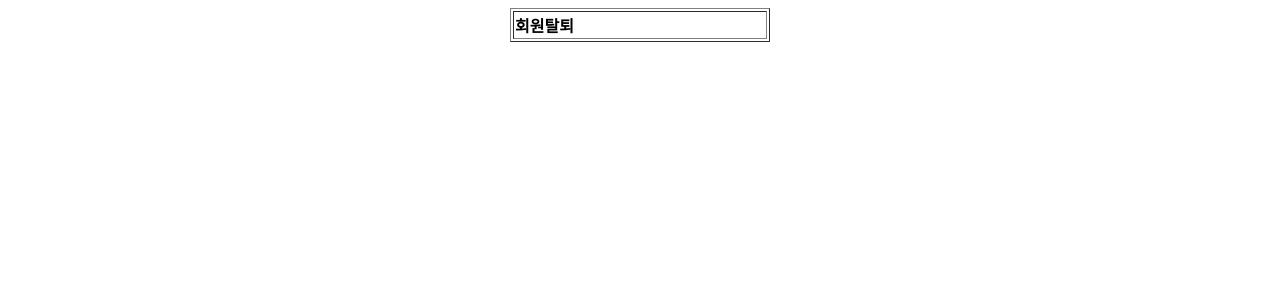
Repository: harib0h23/my-jsp-project
Page: http://localhost/ServletProject/memberone/deleteForm.jsp
The author's editor kept a copy of each file at every save. The page is drawn from the files as they stood at one save, then again after the next save.
The browser window is 1280 px wide. The pictures show the whole page.
The page is served by Tomcat 9. Other server files are loaded and not shown.

Above is the page before, as saved 2025-07-31 07:51:03.
Console error: TypeError: Cannot read properties of undefined (reading 'focus')

### ServletProject/src/main/webapp/memberone/deleteForm.jsp
<%@ page language="java" contentType="text/html; charset=UTF-8"
    pageEncoding="UTF-8"%>
<!DOCTYPE html>
<html>
<head>
<meta charset="UTF-8">
<title>회원 탈퇴</title>
<script type="text/javascript" src="script.js"></script>
</head>
<body onload="begin()">
<form action="deleteProc.jsp" name=myForm onsubmit="return checkIt()">
<table width="260" border="1" align="center">
	<tr>
		<td colspan="2">
			<b>회원탈퇴</b>
		</td>
	</tr>

</table>
</form>

</body>
</html>

### ServletProject/src/main/webapp/memberone/script.js
function idCheck(id){
	if(id==""){ /*입력하지 않았을 때*/
		alert("아이디를 입력해 주세요")
		document.regForm.id.focus();   /*html문서를 말함 --> regForm.jsp*/
	}else{
		url="idCheck.jsp?id="+id;
		window.open(url, "post", "width=300, heigh=150")
	}
}

function zipCheck(){
	url="zipCheck.jsp?check=y";
	window.open(url, "post", "toolbar=no, width=500, height=300, directories=no, status=yes, scrollbars=yes, menubar=no");
	/*띄지 않고 이어쓰기*/
}

function dongCheck(){
	if(document.zipForm.dong.value=="null"){
		alert("동 이름을 입력하세요");
		document.zipForm.dong.focus();
		return false;
	}
	document.zipForm.submit();
}

function sendAddress(zipcode,sido,gugun,dong,ri,bunji){
	var address=sido+" "+gugun+" "+dong+" "+ri+" "+bunji;
	opener.document.regForm.zipcode.value=zipcode;
	opener.document.regForm.address1.value=address;
	self.close();
}

function inputCheck(){
	if(document.regForm.id.value==""){  /*아이디를 입력하지 않았을 경우*/
		alert("아이디를 입력해 주세요.");
		document.regForm.id.focus();  /*커서를 다시 아이디로 옮겨줌*/
		return false;
	}

	if(document.regForm.pass.value==""){  /*비밀번호를 입력하지 않았을 경우*/
		alert("비밀번호를 입력해 주세요.");
		document.regForm.pass.focus();  /*커서를 다시 비밀번호로 옮겨줌*/
		return false;
	}

	if(document.regForm.repass.value==""){  /*비밀번호확인을 입력하지 않았을 경우*/
		alert("비밀번호를 입력해 주세요.");
		document.regForm.repass.focus();  /*커서를 다시 비밀번호확인으로 옮겨줌*/
		return false;
	}

	if(document.regForm.pass.value!=document.regForm.repass.value){
		alert("비밀번호가 일치하지 않습니다.");
		document.regForm.repass.focus(); /*커서를 다시 비밀번호확인으로 옮겨줌*/
		return false;
	}

	if(document.regForm.name.value==""){  /*이름을 입력하지 않았을 경우*/
		alert("이름을 입력해 주세요.");
		document.regForm.name.focus();  /*커서를 다시 이름으로 옮겨줌*/
		return false;
	}

	if(document.regForm.phone1.value==""){  /*비밀번호확인을 입력하지 않았을 경우*/
		alert("통신사번호를 입력해 주세요.");
		document.regForm.phone1.focus();  /*커서를 다시 비밀번호확인으로 옮겨줌*/
		return false;
	}

	if(document.regForm.phone2.value==""){  /*비밀번호확인을 입력하지 않았을 경우*/
		alert("전화번호를 입력해 주세요.");
		document.regForm.phone2.focus();  /*커서를 다시 비밀번호확인으로 옮겨줌*/
		return false;
	}

	if(document.regForm.phone3.value==""){  /*비밀번호확인을 입력하지 않았을 경우*/
		alert("전화번호를 입력해 주세요.");
		document.regForm.phone3.focus();  /*커서를 다시 비밀번호확인으로 옮겨줌*/
		return false;
	}

	if(document.regForm.email.value==""){  /*비밀번호확인을 입력하지 않았을 경우*/
		alert("이메일을 입력해 주세요.");
		document.regForm.email.focus();  /*커서를 다시 비밀번호확인으로 옮겨줌*/
		return false;
	}

	var str = document.regForm.email.value; /*하나의 변수를 만들어줌*/
	var atPos = str.indexOf('@'); /*Position 약자*/
	var atLastPos = str.lastIndexOf('@')	/*@를 기준으로 앞과 뒤로 나뉨*/
	var dotPos = 	str.indexOf('.');
	var spacePos = 	str.indexOf(' ');
	var comPos = 	str.indexOf(',');
	var eMailSize = str.length;
	/*형식을 만들어줌*/

	if(atPos > 1 && atPos == atLastPos && dotPos > 3 && spacePos==-1 && comPos == -1 && atPos + 1 < dotPos && dotPos + 1 < eMailSize);
	else{
		alert('E_mail 주소형식이 잘못되었습니다.\n\r 다시 입력해 주세요.')
		document.regForm.email.focus();  /*포커스를 다시 이메일에 놔줌*/
		return false;
	}

	if(document.regForm.zipcode.value==""){
		alert("우편번호를 입력해 주세요.");
		document.regForm.zipcode.focus();
		return false;
	}

	if(document.regForm.address1.value==""){
		alert("주소를 입력해 주세요.");
		document.regForm.address1.focus();
		return false;
	}

	if(document.regForm.address2.value==""){
		alert("상세주소를 입력해 주세요.");
		document.regForm.address2.focus();
		return false;
	}

	document.regForm.submit();  /*서버로 전송하는 메소드*/
}


function updateCheck(){
	if(document.regForm.pass.value==""){  /*비밀번호를 입력하지 않았을 경우*/
		alert("비밀번호를 입력해 주세요.");
		document.regForm.pass.focus();  /*커서를 다시 비밀번호로 옮겨줌*/
		return false;
	}

	if(document.regForm.repass.value==""){  /*비밀번호확인을 입력하지 않았을 경우*/
		alert("비밀번호를 입력해 주세요.");
		document.regForm.repass.focus();  /*커서를 다시 비밀번호확인으로 옮겨줌*/
		return false;
	}

	if(document.regForm.pass.value!=document.regForm.repass.value){
		alert("비밀번호가 일치하지 않습니다.");
		document.regForm.repass.focus(); /*커서를 다시 비밀번호확인으로 옮겨줌*/
		return false;
	}

	if(document.regForm.phone1.value==""){  /*비밀번호확인을 입력하지 않았을 경우*/
		alert("통신사번호를 입력해 주세요.");
		document.regForm.phone1.focus();  /*커서를 다시 비밀번호확인으로 옮겨줌*/
		return false;
	}

	if(document.regForm.phone2.value==""){  /*비밀번호확인을 입력하지 않았을 경우*/
		alert("전화번호를 입력해 주세요.");
		document.regForm.phone2.focus();  /*커서를 다시 비밀번호확인으로 옮겨줌*/
		return false;
	}

	if(document.regForm.phone3.value==""){  /*비밀번호확인을 입력하지 않았을 경우*/
		alert("전화번호를 입력해 주세요.");
		document.regForm.phone3.focus();  /*커서를 다시 비밀번호확인으로 옮겨줌*/
		return false;
	}

	if(document.regForm.email.value==""){  /*비밀번호확인을 입력하지 않았을 경우*/
		alert("이메일을 입력해 주세요.");
		document.regForm.email.focus();  /*커서를 다시 비밀번호확인으로 옮겨줌*/
		return false;
	}

	var str = document.regForm.email.value; /*하나의 변수를 만들어줌*/
	var atPos = str.indexOf('@'); /*Position 약자*/
	var atLastPos = str.lastIndexOf('@')	/*@를 기준으로 앞과 뒤로 나뉨*/
	var dotPos = 	str.indexOf('.');
	var spacePos = 	str.indexOf(' ');
	var comPos = 	str.indexOf(',');
	var eMailSize = str.length;
	/*형식을 만들어줌*/

	if(atPos > 1 && atPos == atLastPos && dotPos > 3 && spacePos==-1 && comPos == -1 && atPos + 1 < dotPos && dotPos + 1 < eMailSize);
	else{
		alert('E_mail 주소형식이 잘못되었습니다.\n\r 다시 입력해 주세요.')
		document.regForm.email.focus();  /*포커스를 다시 이메일에 놔줌*/
		return false;
	}

	if(document.regForm.zipcode.value==""){
		alert("우편번호를 입력해 주세요.");
		document.regForm.zipcode.focus();
		return false;
	}

	if(document.regForm.address1.value==""){
		alert("주소를 입력해 주세요.");
		document.regForm.address1.focus();
		return false;
	}

	if(document.regForm.address2.value==""){
		alert("상세주소를 입력해 주세요.");
		document.regForm.address2.focus();
		return false;
	}

	document.regForm.submit();
}

function begin(){
	document.myForm.pass.focus();
}

function checkIt(){
	/*패스워드가 입력이 안됐을 때*/
		if(document.myForm.pass.value==""){  /*비밀번호 입력하지 않았을 경우*/
		alert("비밀번호를 입력해 주세요.");
		document.myForm.pass.focus();  /*커서를 비밀번호으로 옮겨줌*/
		return false;
	}
}

After the next save:
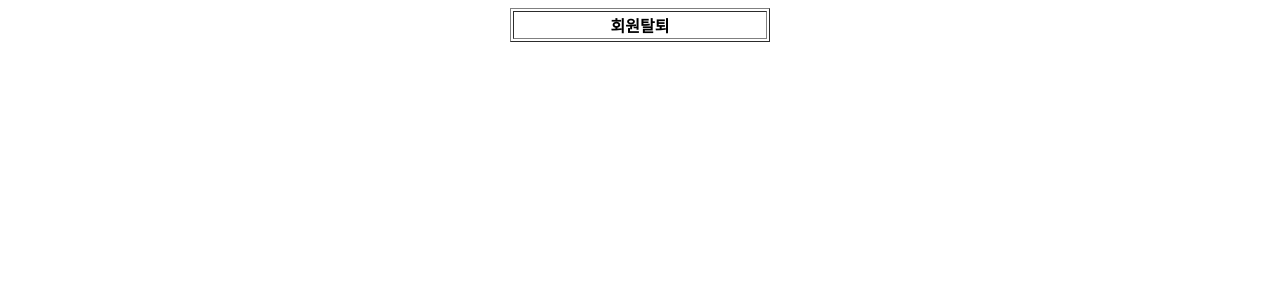
Saved 8 s later.
--- a/ServletProject/src/main/webapp/memberone/deleteForm.jsp
+++ b/ServletProject/src/main/webapp/memberone/deleteForm.jsp
@@ -11,7 +11,7 @@
 <form action="deleteProc.jsp" name=myForm onsubmit="return checkIt()">
 <table width="260" border="1" align="center">
 	<tr>
-		<td colspan="2">
+		<td colspan="2" align="center">
 			<b>회원탈퇴</b>
 		</td>
 	</tr>
